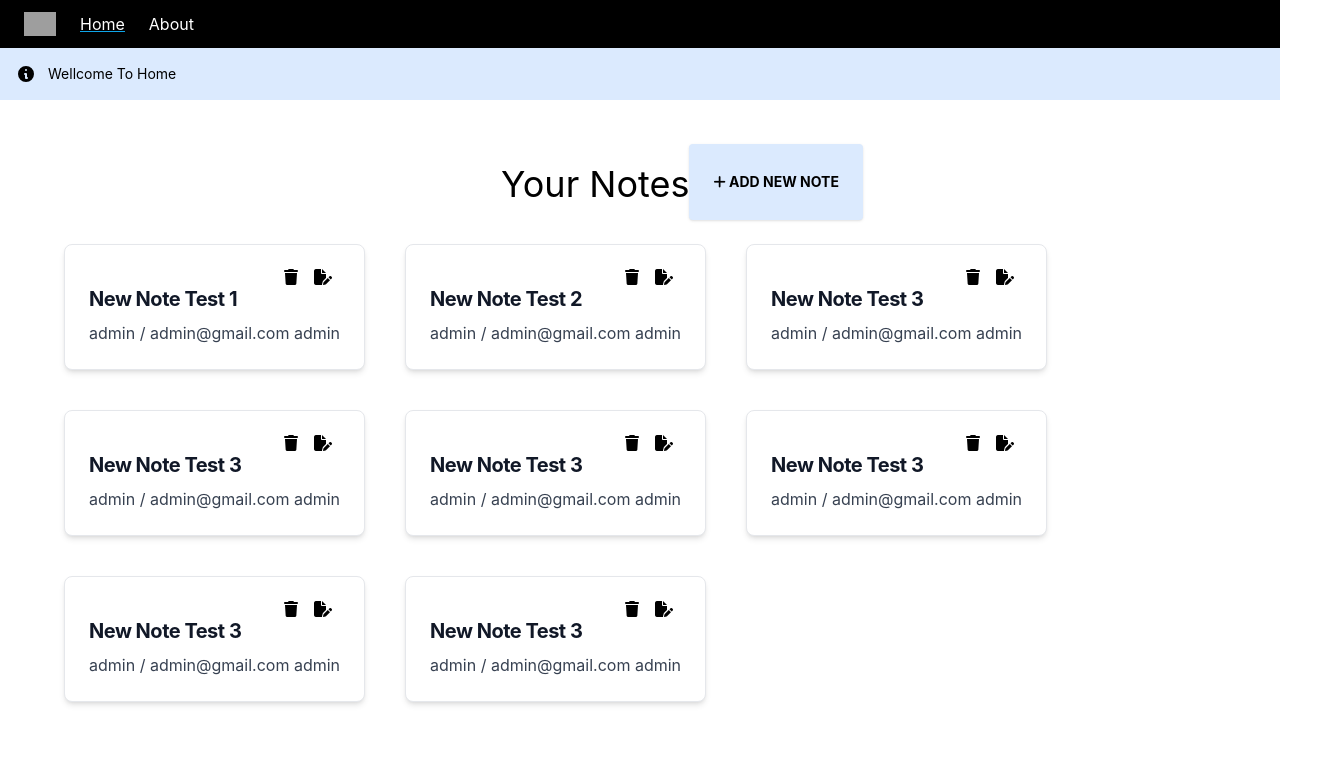
Repository: sonawaneteju4/iNote
Page: /
These files come from the project's save history. The page is drawn as it stood at one moment and after the next save; the edit follows.
The browser window is 1280 px wide. The page is 1324 px wide, so the pictures cover 1324 px, including what lies to the right of the window. The pictures show the whole page.
Pictures or frames that could not be fetched are drawn as grey boxes. Some web libraries are served in a nearby version. The project was rebuilt for these pictures with package versions that can differ from the ones it lists, and the page was loaded fresh each time. Also part of the build but not shown: src/components/AddNote.js, src/components/About.js.

Above is the page before, as saved 2022-10-11 10:53:19.

After the next save:
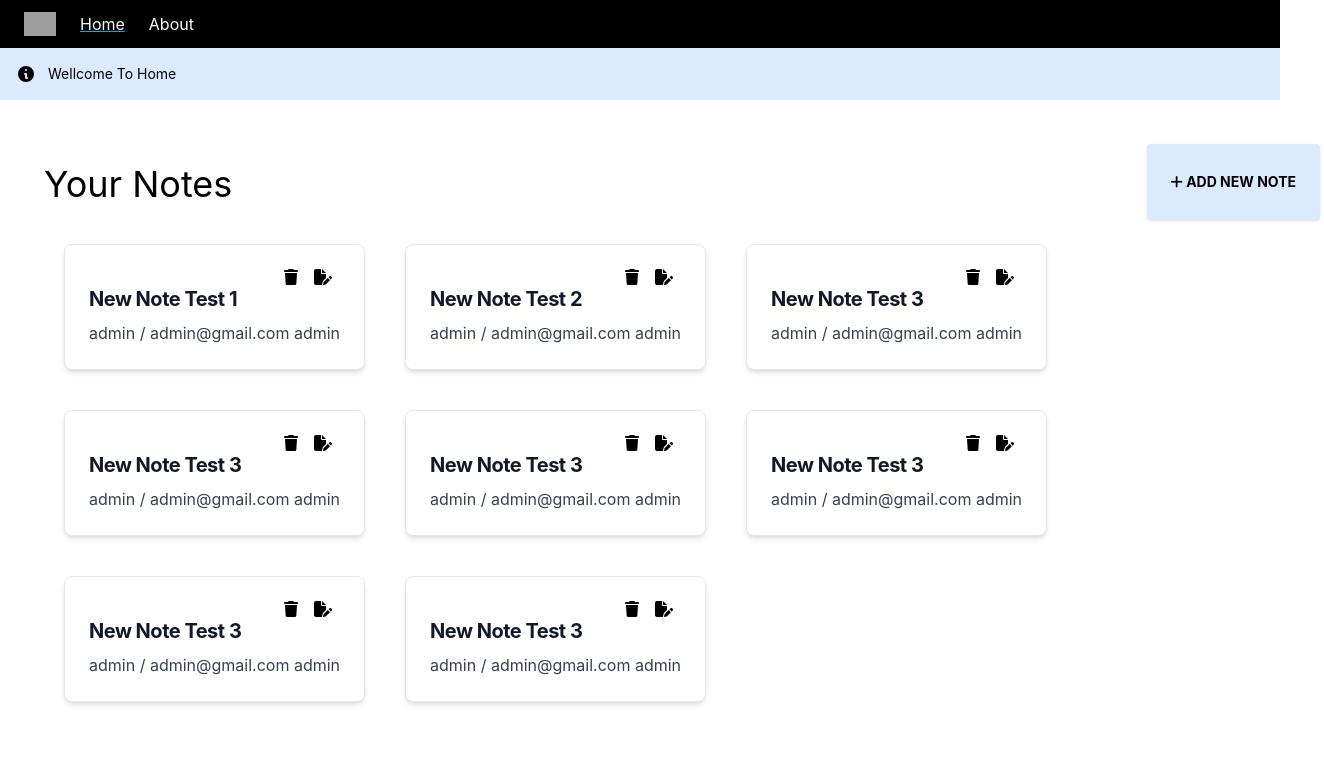
Saved 80 s later.
--- a/src/components/Notes.js
+++ b/src/components/Notes.js
@@ -10,7 +10,7 @@ const Notes = () => {
     const {notes, addNote} = context
   return (
     <div>
-<div className='flex flex-row justify-center'>
+<div className='flex flex-row justify-between'>
       <h1 className='py-5 text-4xl'>Your Notes</h1>
 
       <button
